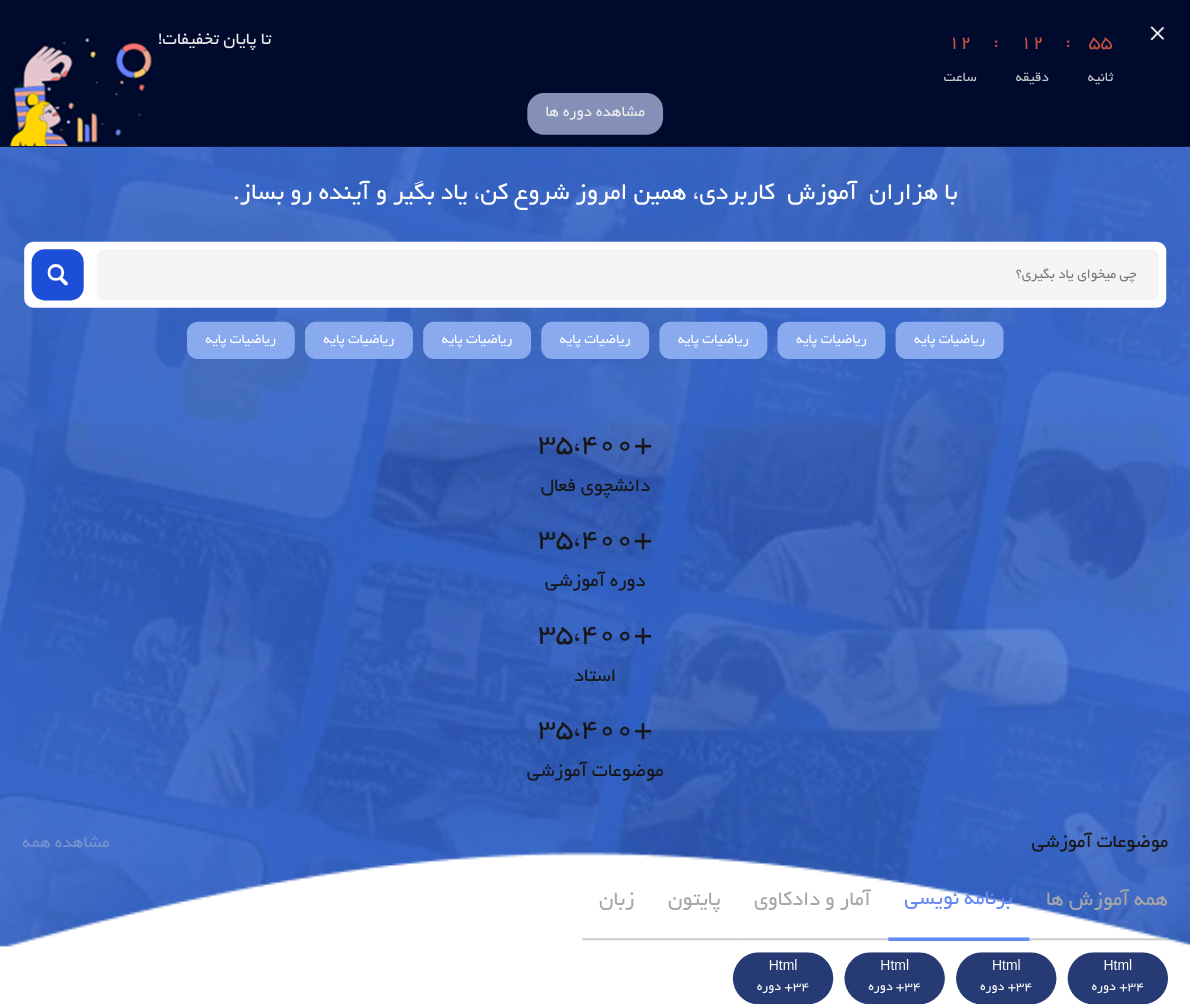
Repository: sinafath/fradars
Page: /
An editor plug-in stored every save of this project. The page is shown before and after the next save, followed by the edit.
The browser window is 1280 px wide. The pictures show the whole page, at 93% of full size.
The project was rebuilt for these pictures with package versions that can differ from the ones it lists, and the page was loaded fresh each time. The framework's server and built-in components were replaced by stand-ins that run in the browser. Also part of the build but not shown: next.config.ts.

Above is the page before, as saved 2025-09-22 18:00:45.

### src/app/layout.tsx
import type { Metadata } from "next";
import localFont from 'next/font/local'

const myFont = localFont({
  src: '../../public/BYEKAN.ttf',
})
import "./globals.css";

console.log(myFont)

export const metadata: Metadata = {
  title: "Fradars",
  description: "tutoring website",
};

export default function RootLayout({
  children,
}: Readonly<{
  children: React.ReactNode;
}>) {
  return (
    <html lang="fa" dir="rtl" className={myFont.className}>
      <body
      >
        {children}
      </body>
    </html>
  );
}

### src/app/page.tsx
import { Center, Column, Row } from "@/components/core";
import { Header } from "@/components/HomePage";
import Image from "next/image";

export default function Home() {
  return (
    <div>
      <div className="w-full relative flex justify-center bg-[#000A2D] h-[158px] ">
        <Image
          aria-hidden
          className="absolute left-0"
          src="/1.png"
          alt="File icon"
          width={163}
          height={157}
        />
        <Image
          aria-hidden
          className="absolute top-[28px] start-[28px]"
          src="/2.png"
          alt="File icon"
          width={15}
          height={15}
        />
        <Row className="top-[30px] absolute start-[83px] gap-[18px] h-[58px]" align="start" >
          <Column className="gap-[20px] text-center">
            <span className="text-[22px]  h-[22px]  text-[#BF4F43]">۵۵</span>
            <span className="text-[#C9C9C9] text-[16px]">ثانیه</span>
          </Column >
          <span className="text-[22px] text-[#BF4F43]">:</span>
          <Column className="gap-[20px] text-center">
            <span className="text-[22px] h-[22px]  text-[#BF4F43]">۱۲</span>
            <span className="text-[#C9C9C9] text-[16px]">دقیقه</span>
          </Column >
          <span className="text-[22px] text-[#BF4F43]">:</span>
          <Column className="gap-[20px] text-center">
            <span className="text-[22px] h-[22px]  text-[#BF4F43]">۱۲</span>
            <span className="text-[#C9C9C9] text-[16px]">ساعت</span>
          </Column >
        </Row>
        <p className=" absolute top-[29px] end-[170px] text-[#EDEDED] text-[20px]">تا پایان تخفیفات!</p>
        <button className=" w-[146px] h-[45px] bg-[#8590B8] rounded-[18px] absolute bottom-[13px] text-[18px] text-[#EDEDED]">مشاهده دوره ها</button>
      </div>
      <Column className="relative text-center">
        <h1 className="text-[28px] text-white pt-[30px] px-[62px]"> با هزاران  آموزش‌  کاربردی، همین امروز شروع کن،
          یاد بگیر و آینده رو بساز.</h1>
        <Row className="mt-[30px] w-[calc(100%-52px)] bg-white p-[8px] gap-[14px] h-[71px] mx-[26px] rounded-[10px]" >
          <input type="text" className="bg-[#F5F5F5] flex-1 h-full text-black rounded-[8px] px-[24px] " placeholder="چی میخوای یاد بگیری؟" />
          <Center className="bg-[#1D4ED8] w-[56px] h-full rounded-[14px]">
            <img src="/4.svg" />
          </Center>
        </Row>
        <Row className="flex-wrap gap-x-[11px] gap-y-[15px] mt-[15px] justify-center ">
          <div className="rounded-[12px] text-[16px] px-[20px] py-[8px] bg-[#8AAAF0] text-white"> ریاضیات پایه </div>
          <div className="rounded-[12px] text-[16px] px-[20px] py-[8px] bg-[#8AAAF0] text-white"> ریاضیات پایه </div>
          <div className="rounded-[12px] text-[16px] px-[20px] py-[8px] bg-[#8AAAF0] text-white"> ریاضیات پایه </div>
          <div className="rounded-[12px] text-[16px] px-[20px] py-[8px] bg-[#8AAAF0] text-white"> ریاضیات پایه </div>
          <div className="rounded-[12px] text-[16px] px-[20px] py-[8px] bg-[#8AAAF0] text-white"> ریاضیات پایه </div>
          <div className="rounded-[12px] text-[16px] px-[20px] py-[8px] bg-[#8AAAF0] text-white"> ریاضیات پایه </div>
          <div className="rounded-[12px] text-[16px] px-[20px] py-[8px] bg-[#8AAAF0] text-white"> ریاضیات پایه </div>
        </Row>
        <Image
          aria-hidden
          className="absolute top-0 start-0 w-full z-[-1]"
          src="/3.png"
          alt="File icon"
          width={560}
          height={377}
        />
      </Column>
      <Column className="gap-[17px] text-center pt-[70px] ">
        <Column className="gap-[4px]">
          <div className="text-[32px]"> +۳۵،۴۰۰</div>
          <div className="text-[22px]">دانشچوی فعال</div>
        </Column>
        <Column className="gap-[4px]">
          <div className="text-[32px]">  +۳۵،۴۰۰ </div>
          <div className="text-[22px]"> دوره آموزشی</div>
        </Column>
        <Column className="gap-[4px]">
          <div className="text-[32px]"> +۳۵،۴۰۰</div>
          <div className="text-[22px]"> استاد</div>
        </Column>
        <Column className="gap-[4px]">
          <div className="text-[32px]"> +۳۵،۴۰۰</div>
          <div className="text-[22px]"> موضوعات آموزشی</div>
        </Column>
      </Column>
      <Header title="موضوعات آموزشی " />
      <Row className=" overflow-y-auto ms-[24px]">
        <div className="pe-[18px] flex-shrink-0   text-[#A7A7A7] text-[24px] pb-[22px] border-b-[2px]  border-solid border-b-[#C9C9C9]">همه آموزش ها</div>
        <div className="pe-[18px] flex-shrink-0 ps-[18px] text-[#6489F2]  text-[24px] pb-[22px] border-b-[4px] border-solid border-b-[#6489F2]"  > برنامه نویسی</div>
        <div className="pe-[18px] flex-shrink-0 ps-[18px] text-[#A7A7A7] text-[24px] pb-[22px] border-b-[2px]  border-b-solid border-b-[#C9C9C9]">آمار و دادکاوی</div>
        <div className="pe-[18px] flex-shrink-0 ps-[18px] text-[#A7A7A7] text-[24px] pb-[22px] border-b-[2px] border-b-solid border-b-[#C9C9C9]">پایتون</div>
        <div className="pe-[18px] flex-shrink-0 ps-[18px] text-[#A7A7A7] text-[24px] pb-[22px] border-b-[2px] border-b-solid border-b-[#C9C9C9]">زبان</div>
      </Row>
      <Row className="mt-[12px] gap-[12px] overflow-y-auto ms-[24px]">
        <Column justify="center" align="center" className=" items-center align-center rounded-[28px] w-[108px] h-[56px]   flex-shrink-0  bg-[#263A73] text-center text-white text-[15px]">
          <div className="">Html</div>
          <div>34+ دوره</div>
        </Column>
        <Column justify="center" align="center" className=" items-center align-center rounded-[28px] w-[108px] h-[56px]   flex-shrink-0  bg-[#263A73] text-center text-white text-[15px]">
          <div className="">Html</div>
          <div>34+ دوره</div>
        </Column>        <Column justify="center" align="center" className=" items-center align-center rounded-[28px] w-[108px] h-[56px]   flex-shrink-0  bg-[#263A73] text-center text-white text-[15px]">
          <div className="">Html</div>
          <div>34+ دوره</div>
        </Column>        <Column justify="center" align="center" className=" items-center align-center rounded-[28px] w-[108px] h-[56px]   flex-shrink-0  bg-[#263A73] text-center text-white text-[15px]">
          <div className="">Html</div>
          <div>34+ دوره</div>
        </Column>

      </Row>
    </div>
  );
}

### src/app/globals.css

@import "tailwindcss";

:root {
  --background: #ffffff;
  --foreground: #171717;
}

@theme inline {
  --color-background: var(--background);
  --color-foreground: var(--foreground);
}
@layer base {
  *{
    @apply box-border; /* Ensures box-sizing: border-box */
  }
}
@media (prefers-color-scheme: dark) {
  :root {
    --background: #0a0a0a;
    --foreground: #ededed;
  }
}


body {
  background: var(--background);
  color: var(--foreground);
  font-weight: normal;
}

### src/components/core.tsx
import { cn } from "@/lib/utils";
import { ReactNode } from "react";

type AlignItems = 'start' | 'center' | 'end' | 'baseline' | 'stretch';
type JustifyContent = 'start' | 'center' | 'end' | 'between' | 'around' | 'evenly';

interface FlexProps {
    children?: ReactNode;
    className?: string;
    align?: AlignItems;
    justify?: JustifyContent;
}

const alignClasses: Record<AlignItems, string> = {
    start: 'items-start',
    center: 'items-center',
    end: 'items-end',
    baseline: 'items-baseline',
    stretch: 'items-stretch',
};

const justifyClasses: Record<JustifyContent, string> = {
    start: 'justify-start',
    center: 'justify-center',
    end: 'justify-end',
    between: 'justify-between',
    around: 'justify-around',
    evenly: 'justify-evenly',
};

interface CenterProps {
    children: ReactNode;
    className?: string;
}

function Center({ children, className }: CenterProps) {
    return (
        <div className={cn('flex items-center justify-center', className)}>
            {children}
        </div>
    );
}

function Row({
    children,
    className,
    align = 'center',
    justify = 'start',
    ...props
}: FlexProps) {
    return (
        <div
            className={cn('flex flex-row', alignClasses[align], justifyClasses[justify], className)}
            {...props}
        >
            {children}
        </div>
    );
}

function Column({
    children,
    className,
    align = 'center',
    justify = 'start',
    ...props
}: FlexProps) {
    return (
        <div
            className={cn('flex flex-col', alignClasses[align], justifyClasses[justify], className)}
            {...props}
        >
            {children}
        </div>
    );
}

export { Column, Center, Row };

### src/components/HomePage/index.tsx
import { cn } from "@/lib/utils";
import { ReactNode } from "react";
import { Row } from "../core";

interface HeaderProps {
    className?: { title: string, row: string };
    title: string
}

function Header({ title, className }: HeaderProps) {
    const { title: titleClass, row } = className ?? {}
    return (

        <Row justify="between" className={cn('mt-[44px] mb-[26px] px-[24px]', row)}>
            <h3 className={cn('text-[22px]', titleClass)}>{title}</h3>
            <p className="text-[20px] text-[#7894CE]"> مشاهده همه</p>
        </Row>
    );
}
interface CardProps {
    className?: { title: string, row: string };
    title: string
}
function Card({ children, className }: CardProps) {
    return (
        <div className={cn('flex items-center justify-center', className)}>
            {children}
        </div>
    );
}


export { Card,Header };

Loaded but not shown: src/lib/utils.ts (common file)

After the next save:
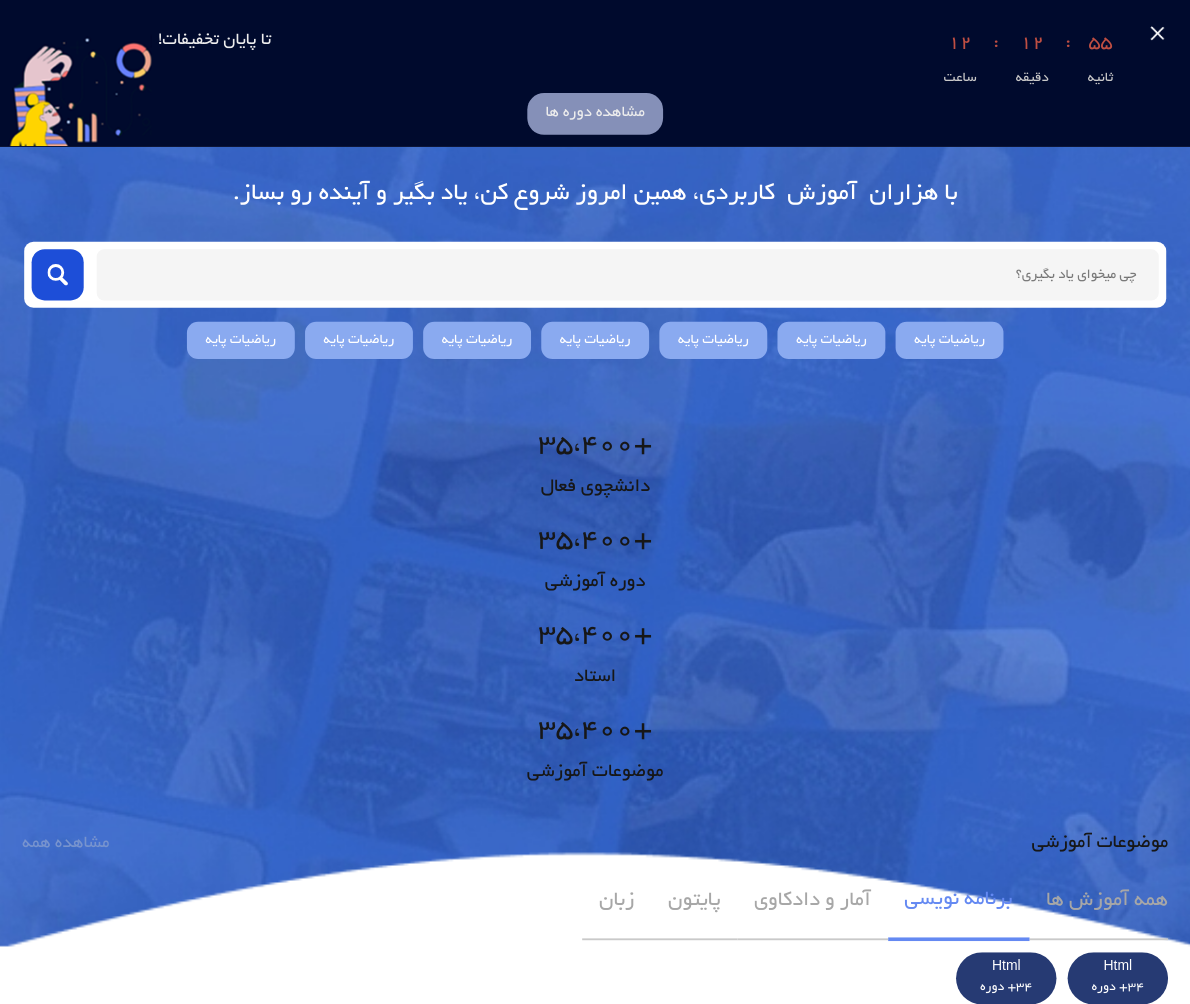
Saved 23 s later.
--- a/src/app/page.tsx
+++ b/src/app/page.tsx
@@ -102,12 +102,6 @@
         <Column justify="center" align="center" className=" items-center align-center rounded-[28px] w-[108px] h-[56px]   flex-shrink-0  bg-[#263A73] text-center text-white text-[15px]">
           <div className="">Html</div>
           <div>34+ دوره</div>
-        </Column>        <Column justify="center" align="center" className=" items-center align-center rounded-[28px] w-[108px] h-[56px]   flex-shrink-0  bg-[#263A73] text-center text-white text-[15px]">
-          <div className="">Html</div>
-          <div>34+ دوره</div>
-        </Column>        <Column justify="center" align="center" className=" items-center align-center rounded-[28px] w-[108px] h-[56px]   flex-shrink-0  bg-[#263A73] text-center text-white text-[15px]">
-          <div className="">Html</div>
-          <div>34+ دوره</div>
         </Column>
 
       </Row>
